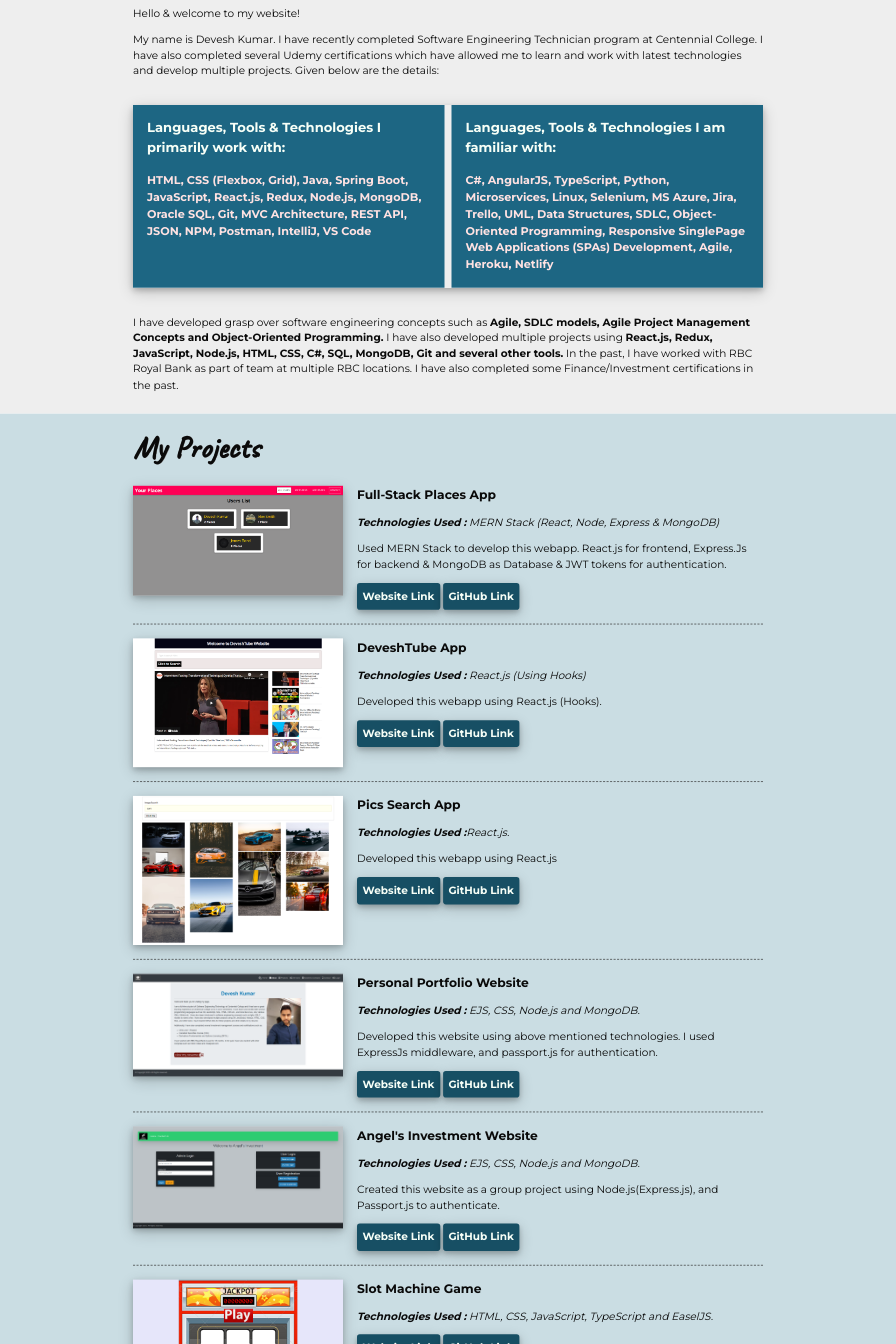
Repository: My-Web-Page/MyWebPage
Page: index.html
These files come from the project's save history. The page is drawn as it stood at one moment and after the next save; the edit follows.
The browser window is 1280 px wide. The pictures show the part of the page from y = 670 to 2590 px (the page is 5191 px tall before and 5143 px after), at 70% of full size.
Some web libraries are served in a nearby version.

Above is the page before, as saved 2022-04-13 15:13:32.

### index.html
<!DOCTYPE html>
<html lang="en">

<head>
    <meta charset="UTF-8">
    <meta name="viewport" content="width=device-width, initial-scale=1.0">
    <link href="./assets/images/favicon.ico" rel="icon" type="image/x-icon" />

    <title> Devesh Kumar : Full-Stack Developer</title>
    <link rel="preconnect" href="https://fonts.gstatic.com">
    <link href="https://fonts.googleapis.com/css2?family=Caveat&family=Montserrat:wght@400;700&display=swap" rel="stylesheet">
    <link rel="stylesheet" href="https://pro.fontawesome.com/releases/v5.10.0/css/all.css" integrity="sha384-AYmEC3Yw5cVb3ZcuHtOA93w35dYTsvhLPVnYs9eStHfGJvOvKxVfELGroGkvsg+p" crossorigin="anonymous" />

    <link rel="stylesheet" href="style.css">
</head>

<body>
    <main>
        <!-- ***********************  ABOUT / PROFILE  *********************** -->
        <header>
            <div class="container">
                <h1>Devesh Kumar</h1>
                <h2>Software Developer</h2>
            </div>
        </header>

        <nav id="navbar">
            <ul class="nav-ul">
                <li>
                    <a href="#about-me"><i class="fas fa-info-circle"></i> About Me</a>
                </li>
                <li>
                    <a href="#projects"><i class="fab fa-elementor"></i> Projects</a>
                </li>
                <li>
                    <a href="#education"><i class="fas fa-graduation-cap"></i> Education</a>
                </li>
                <li>
                    <a href="#work-experience"><i class="fas fa-briefcase"></i> Work Experience</a>
                </li>
                <li>
                    <a href="#contact"><i class="fas fa-mobile-alt"></i> Contact Me</a>
                </li>
            </ul>
        </nav>

        <!-- *********************About Me***********************  -->
        <section id="about-me">
            <div class="container">
                <h2>About Me</h2>
                <p>Hello & welcome to my website!
                </p>
                <p>
                    My name is Devesh Kumar. I have recently completed Software Engineering Technician program at Centennial College. I have also completed several Udemy certifications which have allowed me to learn and work with latest technologies and develop multiple
                    projects. Given below are the details:
                </p>
                <br>
                <div class="grid-container">
                    <div class="grid-item">
                        <h3>Languages, Tools & Technologies I primarily work with:</h3>
                        <h4> HTML, CSS (Flexbox, Grid), Java, Spring Boot, JavaScript, React.js, Redux, Node.js, MongoDB, Oracle SQL, Git, MVC Architecture, REST API, JSON, NPM, Postman, IntelliJ, VS Code
                            </p>
                    </div>

                    <div class="grid-item">
                        <h3>Languages, Tools & Technologies I am familiar with:</h3>
                        <h4>C#, AngularJS, TypeScript, Python, Microservices, Linux, Selenium, MS Azure, Jira, Trello, UML, Data Structures, SDLC, Object-Oriented Programming, Responsive SinglePage Web Applications (SPAs) Development, Agile, Heroku, Netlify
                            </p>
                    </div>
                </div>
                <br>
                <p>I have developed grasp over software engineering concepts such as <strong> Agile, SDLC models,
                        Agile Project Management Concepts and Object-Oriented Programming.</strong> I have also developed multiple projects using <strong> React.js, Redux, JavaScript, Node.js, HTML, CSS, C#, SQL,
                        MongoDB, Git and several other tools.</strong> In the past, I have worked with RBC Royal Bank as part of team at multiple RBC locations. I have also completed some Finance/Investment certifications in the past.
                </p>


            </div>
        </section>

        <!-- *********************Pop-Ups***********************  -->
        <section class="popup-wrapper" id="popup">
            <div class="container">
                <img id="popup-img" alt="finalproject popup">
            </div>
        </section>
        <!-- ********************  PROJECTS / PORTFOLIO  ********************* -->
        <section id="projects" class="projects">
            <div class="container divider">
                <h2>My Projects</h2>


                <!-- Project 1 -->
                <section class="project-item clearfix">
                    <img class="project-image" src="./assets/images/Places.png" alt="Full-Stack Places App">
                    <h3>Full-Stack Places App</h3>
                    <p> <strong>Technologies Used :</strong> MERN Stack (React, Node, Express & MongoDB)
                    </p>
                    <p>Used MERN Stack to develop this webapp. React.js for frontend, Express.Js for backend & MongoDB as Database & JWT tokens for authentication.
                    </p>
                    <a class="btn" href="https://devesh-mern-app.herokuapp.com/" target="_blank">Website Link</a>
                    <a class="btn" href="https://github.com/portretrieve/Full-stack-mern-forntend-backend-combined" target="_blank">GitHub Link</a>
                </section>

                <!-- Project 2 -->
                <section class="project-item clearfix">
                    <img class="project-image" src="./assets/images/deveshtube.png" alt="DeveshTube App">
                    <h3>DeveshTube App</h3>
                    <p> <strong>Technologies Used :</strong> React.js (Using Hooks)</p>
                    <p>Developed this webapp using React.js (Hooks).</p>
                    <a class="btn" href="https://blissful-pasteur-e62546.netlify.app/" target="_blank">Website Link</a>
                    <a class="btn" href="https://github.com/portretrieve/reactApp-DeveshTube-using-hooks" target="_blank">GitHub Link</a>
                </section>

                <!-- Project 3 -->
                <section class="project-item clearfix">
                    <img class="project-image" src="./assets/images/pics.png" alt="Pics Search App">
                    <h3>Pics Search App</h3>
                    <p> <strong>Technologies Used :</strong>React.js.</p>
                    <p>Developed this webapp using React.js
                    </p>
                    <a class="btn" href="https://eager-bassi-827826.netlify.app/" target="_blank">Website Link</a>
                    <a class="btn" href="https://github.com/portretrieve/reactApp-pics" target="_blank">GitHub Link</a>
                </section>

                <!-- Project 4 -->
                <section class="project-item clearfix">
                    <img class="project-image" src="./assets/images/assignment_2.png" alt="Portfolio Assignment Using Node.js, Bootstrap, EJS and MongoDB">
                    <h3>Personal Portfolio Website</h3>
                    <p> <strong>Technologies Used :</strong> EJS, CSS, Node.js and MongoDB.</p>
                    <p>Developed this website using above mentioned technologies. I used ExpressJs middleware, and passport.js for authentication.</p>
                    <a class="btn" href="https://comp229-asnmt2.herokuapp.com/home" target="_blank">Website Link</a>
                    <a class="btn" href="https://github.com/portretrieve/Assignment_2" target="_blank">GitHub Link</a>
                </section>

                <!-- Project 5 -->
                <section class="project-item clearfix">
                    <img class="project-image" src="./assets/images/final_project.png" alt="Final Project Using Node.js, Bootstrap, EJS and MongoDB">
                    <h3>Angel's Investment Website</h3>
                    <p> <strong>Technologies Used :</strong> EJS, CSS, Node.js and MongoDB.</p>
                    <p>Created this website as a group project using Node.js(Express.js), and Passport.js to authenticate.
                    </p>
                    <a class="btn" href="https://angelinvestfinal.herokuapp.com/" target="_blank">Website Link</a>
                    <a class="btn" href="https://github.com/Angel-Investor/AngelInvestor-Web-App" target="_blank">GitHub
                        Link</a>
                </section>

                <!-- Project 6 -->
                <section class="project-item clearfix">
                    <img class="project-image" src="./assets/images/slot-machine.png" alt="Casino slot machine game using HTML, CSS, JavaScript, TypeScript and EaselJS">
                    <h3>Slot Machine Game</h3>
                    <p> <strong>Technologies Used :</strong> HTML, CSS, JavaScript, TypeScript and EaselJS.</p>
                    <a class="btn" href="https://portretrieve.github.io/COMP125-Assignment-4-CreateJS-Slot-Machine/" target="_blank">Website Link</a>
                    <a class="btn" href="https://github.com/portretrieve/COMP125-Assignment-4-CreateJS-Slot-Machine" target="_blank">GitHub Link</a>
                </section>

                <!-- Project 7 -->
                <section class="project-item clearfix">
                    <img class="project-image" src="./assets/images/realEstate.png" alt="Real Estate Website">
                    <h3>Real Estate Website</h3>
                    <p> <strong>Technologies Used :</strong> HTML, CSS</p>
                    <p>Developed this website using only HTML, CSS as one of my school assignments.</p>
                    <a class="btn" href="http://studentweb.cencol.ca/dkumar63/project/home.html" target="_blank">Website
                        Link</a>
                    <a class="btn" href="https://github.com/portretrieve/Real-Estate-App" target="_blank">GitHub
                        Link</a>
                </section>

                <!-- Project 8 -->
                <section class="project-item clearfix">
                    <img class="project-image" src="./assets/images/restaurant_app.png" alt="Restaurant app using C# WPF MVVM">
                    <h3>Restaurant POS system app</h3>
                    <p> <strong>Technologies Used :</strong> C#, WPF and XAML.</p>
                    <p>Created the restaurant P.O.S app using C# and WPF.</p>
                    <a class="btn" href="https://github.com/portretrieve/Restaurant_app" target="_blank">GitHub Link</a>
                </section>
                <section>
                    <h3>Other Projects: </h3>
                    <p> <strong>Technologies Used :</strong> C#, WinForms, SQL, PL/SQL, Java, Python, Jira, Trello, Lucid Charts, MS Visio etc. </p>
                    <p>In addition to the projects above, I have also developed other projects using the languages and tools above. All of these projects can be found on my <span><a
                                href="https://github.com/portretrieve" target="_blank">GitHub Page</a>.</span></p>
                </section>
            </div>
        </section>

        <!-- ******************  EDUCATION & CERTIFICATIONS ****************** -->
        <section id="education" class="education">
            <div class="container item-details">

                <h2>Education</h2>

                <section>
                    <h3>Software Engineering Technician Program</h3>
                    <p>Centennial College, Toronto ON, 2020-2021</p>
                    <p>4 semesters full-time software engineering diploma program </p>
                </section>
            </div>
            <div class="container item-details">

                <h2>Certifications</h2>

                <section>
                    <h3>Modern JavaScript (Complete guide, from Novice to Ninja)</h3>
                    <p>Udemy May 2021 : The Net Ninja (Shaun Pelling)</p>
                </section>
                <section>
                    <h3>JavaScript: Understanding the Weird Parts</h3>
                    <p>Udemy June 2021 : Anthony Alicea</p>
                </section>
                <section>
                    <h3>Modern React with Redux</h3>
                    <p>Udemy July 2021 : Stephen Grider</p>
                </section>
                <section>
                    <h3>React, NodeJS, Express & MongoDB - The MERN Fullstack Guide</h3>
                    <p>Udemy Aug 2021 : Academind by Maximilian Schwarzmüller</p>
                </section>
                <section>
                    <h3>Data Structures/Algorithms, Git & GitHub essentials, C# Essencials, HTML and CSS Essentials</h3>
                    <p>LinkedIn Learning, May 2021 - Sep 2021 </p>
                </section>
                <section>
                    <h3>Chartered Financial Analyst – Level 1</h3>
                    <p>CFA Institute, 2018</p>
                </section>
                <br>
                <section class="csc">
                    <h3>Canadian Securities Course (CSC)</h3>
                    <h3>Derivatives Fundamentals and Options Licensing (DFOL)</h3>
                    <p>Canadian Securities Institute, 2017-2019 </p>
                </section>

            </div>
        </section>

        <!-- ***********************  WORK EXPERIENCE  *********************** -->
        <section id="work-experience" class="work-experience">
            <div class="container item-details divider">
                <h2>Work Experience</h2>


                <!-- Job 1 -->
                <section class="job-item">
                    <div class="job-details">
                        <h3>Full-Stack Developer</h3>
                        <p>CGI Inc.</p>
                        <p>Jan 2022 - Present</p>
                    </div>
                    <div class="job-summary">
                        <ul>
                            <li>Went through Java Angular Full-Stack Developer Bootcamp as part of CGI-Stackroute Training Program</li>
                            <li>Working as a part of team of developers at CGI. Tech Stack - Java/SpringBoot, Angular, MySQL, etc.</li>
                        </ul>

                    </div>
                </section>

                <!-- Job 1 -->
                <section class="job-item">
                    <div class="job-details">
                        <h3>Freelance Software Developer</h3>
                        <p>Freelancing</p>
                        <p>Jan 2020 - Dec 2021</p>
                    </div>
                    <div class="job-summary">
                        <ul>
                            <li>Developed multiple projects using React.js, Redux, JavaScript, Node.js, HTML, CSS, C#, SQL, MongoDB, Git and other tools.
                            </li>
                            <li>Developed grasp over software engineering concepts such as Agile, SDLC models, Agile Project Management Concepts and Object-Oriented Programming during time at Centennial College and independent study using Udemy, LinkedIn
                                Learning & YouTube.</li>
                        </ul>

                    </div>
                </section>

                <!-- Job 2 -->
                <section class="job-item">
                    <div class="job-details">
                        <h3>Client Advisor</h3>
                        <p>RBC Royal Bank</p>
                        <p>Mar 2017 - Sep 2018</p>
                    </div>
                    <div class="job-summary">
                        <ul>
                            <li>Proactively engage with clients and deliver an outstanding service experience through completing transactions, and by identifying sales and referral opportunities.</li>
                            <li>Focus on education and demonstration, leverage technology to deliver a memorable client experience, drive sales and retain business.</li>
                            <li>Manage risks by adhering to compliance routines, processes, and controls to protect client and shareholder interests while completing transactions.</li>
                        </ul>

                    </div>
                </section>

                <a class="top-btn" href="#top">Page Top</a>

            </div>
        </section>


        <!-- *****************  CONTACT INFO / SOCIAL MEDIA  ***************** -->
        <footer>
            <div id="contact" class="container">
                <h2>Let's Stay in Touch!</h2>
                <!-- Social media and contact links. Add or remove any networks. -->
                <ul class="contact-list">
                    <li><a href="mailto:deveshkumar2107@hotmail.com"><i class="fas fa-envelope"></i>&nbsp;Email Me</a>
                    </li>
                    <li><a href="https://github.com/portretrieve" target="_blank"><i
                                class="fab fa-github"></i>&nbsp;GitHub</a></li>
                    <li><a href="https://www.linkedin.com/in/devesh-kumar-2aa03b64/" target="_blank"><i
                                class="fab fa-linkedin"></i>&nbsp;LinkedIn</a></li>
                </ul>
            </div>
        </footer>
    </main>
    <script src="./script.js"></script>
</body>

</html>

Loaded but not shown: script.js (18 lines, source omitted); style.css (431 lines, source omitted)

After the next save:
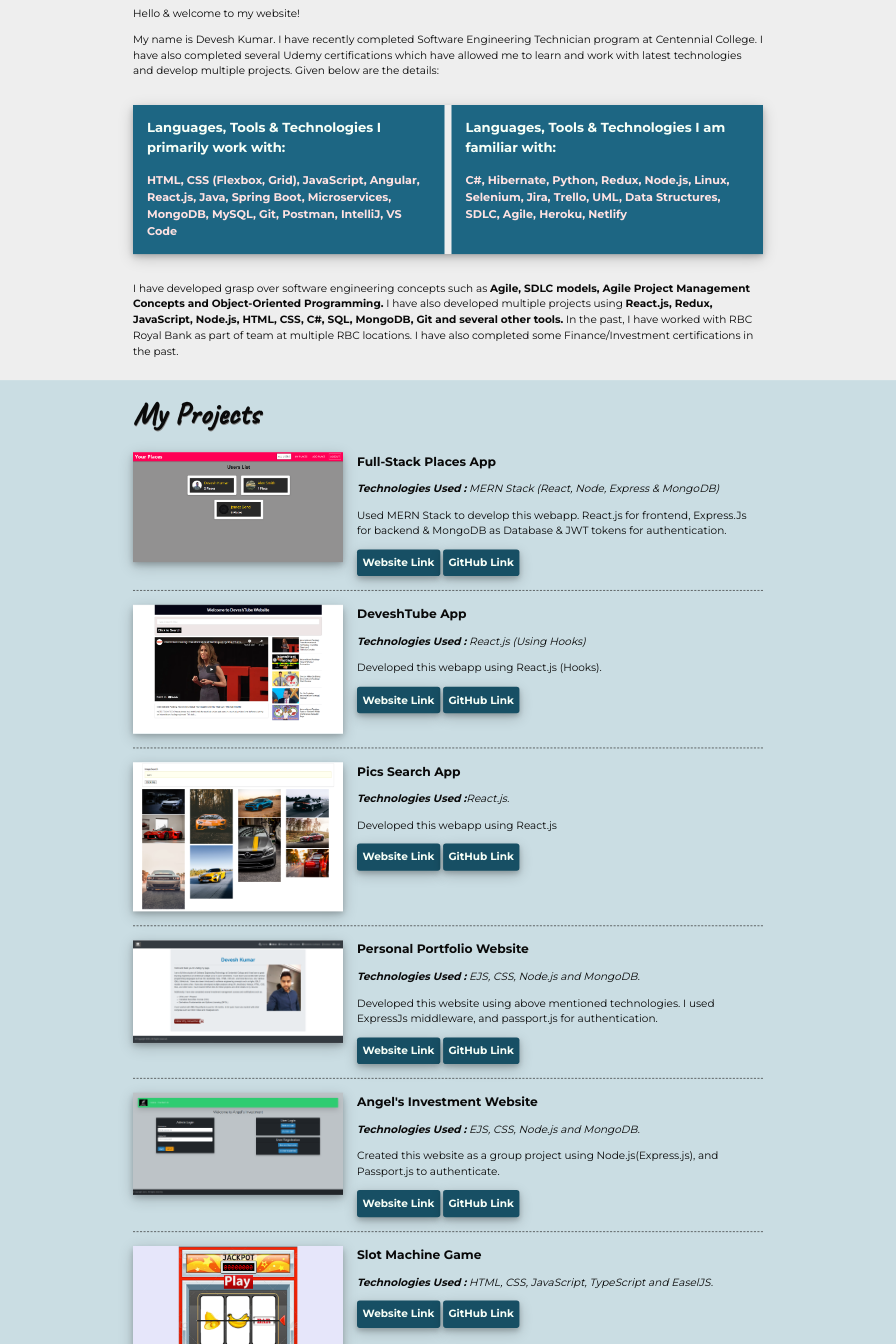
Saved 7 min 58 s later.
--- a/index.html
+++ b/index.html
@@ -58,13 +58,13 @@
                 <div class="grid-container">
                     <div class="grid-item">
                         <h3>Languages, Tools & Technologies I primarily work with:</h3>
-                        <h4> HTML, CSS (Flexbox, Grid), Java, Spring Boot, JavaScript, React.js, Redux, Node.js, MongoDB, Oracle SQL, Git, MVC Architecture, REST API, JSON, NPM, Postman, IntelliJ, VS Code
+                        <h4> HTML, CSS (Flexbox, Grid), JavaScript, Angular, React.js, Java, Spring Boot, Microservices, MongoDB, MySQL, Git, Postman, IntelliJ, VS Code
                             </p>
                     </div>
 
                     <div class="grid-item">
                         <h3>Languages, Tools & Technologies I am familiar with:</h3>
-                        <h4>C#, AngularJS, TypeScript, Python, Microservices, Linux, Selenium, MS Azure, Jira, Trello, UML, Data Structures, SDLC, Object-Oriented Programming, Responsive SinglePage Web Applications (SPAs) Development, Agile, Heroku, Netlify
+                        <h4>C#, Hibernate, Python, Redux, Node.js, Linux, Selenium, Jira, Trello, UML, Data Structures, SDLC, Agile, Heroku, Netlify
                             </p>
                     </div>
                 </div>
